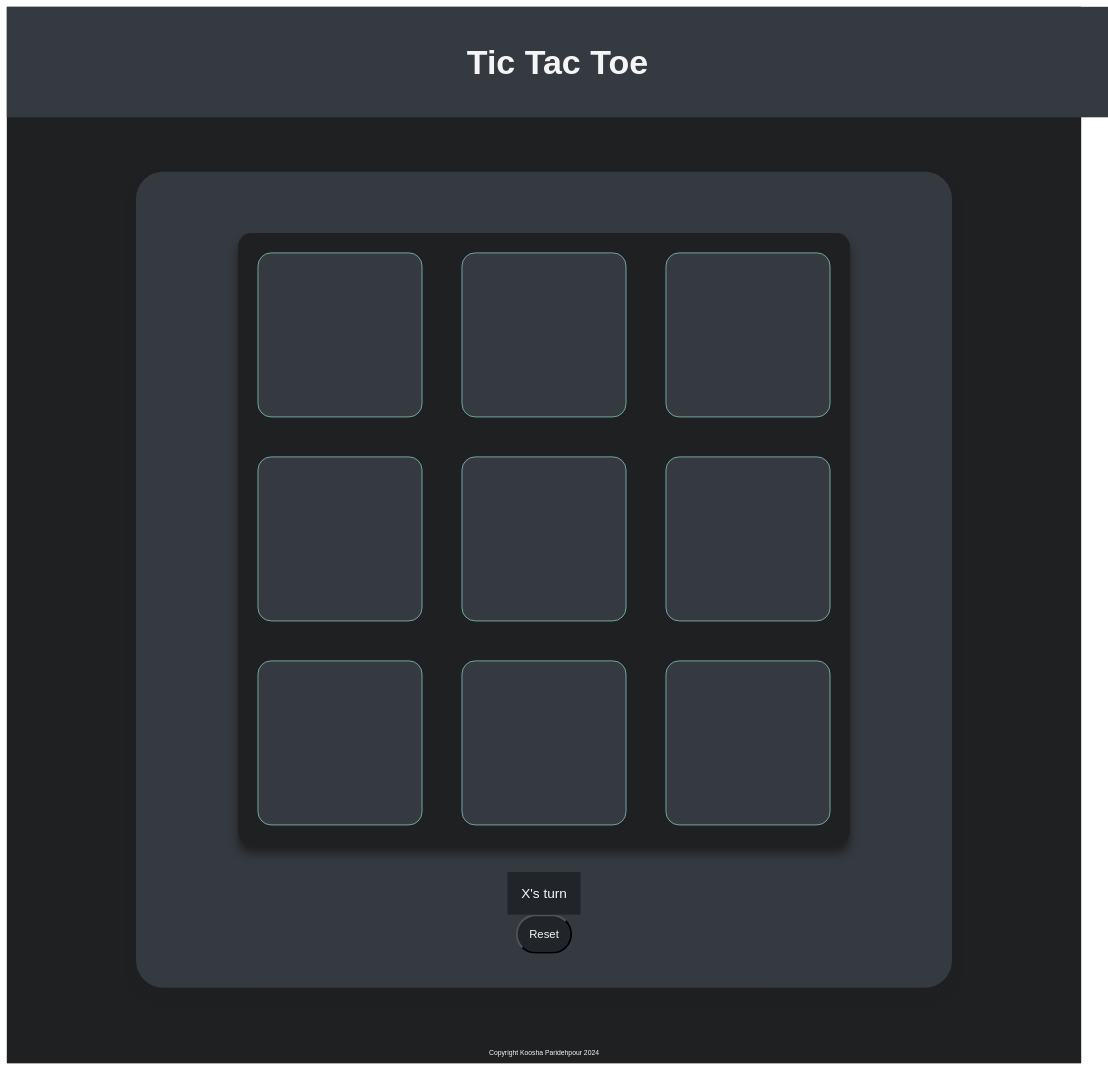
Repository: KooshaPari/odin-TTT
Page: index.html
The author's editor kept a copy of each file at every save. The page is drawn from the files as they stood at one save, then again after the next save.
The browser window is 1280 px wide. The page is 1304 px wide, so the pictures cover 1304 px, including what lies to the right of the window. The pictures show the whole page, at 85% of full size.

Above is the page before, as saved 2024-03-14 23:45:33.

### index.html
<!doctype html>
<html lang="en">
  <head>
    <meta charset="UTF-8" />

    <link rel="stylesheet" href="./style.css" />
    <meta name="viewport" content="width=device-width, initial-scale=1.0" />
    <title>Document</title>
  </head>
  <body>
    <div id="parent">
      <div id="header">
        <h1>Tic Tac Toe</h1>
      </div>
      <div id="body">
        <div id="game">
          <div id="board">
            <div class="square" id="0"></div>
            <div class="square" id="1"></div>
            <div class="square" id="2"></div>
            <div class="square" id="3"></div>
            <div class="square" id="4"></div>
            <div class="square" id="5"></div>
            <div class="square" id="6"></div>
            <div class="square" id="7"></div>
            <div class="square" id="8"></div>
          </div>
          <div id="status">X's turn</div>
          <button id="reset">Reset</button>
        </div>
      </div>
      <div id="footer">
        <p>Copyright Koosha Paridehpour 2024</p>
      </div>
    </div>
  </body>
  <script src="./lib.js"></script>
</html>

### style.css
* {
  font-family: sans-serif;
}
#parent {
  background-color: #1f2022;
  width: 100%;
  height: 100%;
}
#header {
  background-color: #353a40;
  padding: 1.25%;
  width: 100%;
  height: 100%;
}
#header h1 {
  color: #f6f5f5;

  font-size: 2.5em;
}
#footer p {
  color: #f6f5f5;
  font-size: 0.5em;
}

#header,
#footer,
#body {
  display: flex;
  align-items: center;
  justify-content: center;
}
#title {
  color: #f6f5f5;
}
#body {
  flex-direction: column;
}
#game {
  transition: 2.5s ease-in-out;
  display: flex;
  flex-direction: column;
  justify-content: center;
  align-items: center;
  background-color: #353a40;
  border-radius: 2em;
  margin: 5vw;
  box-shadow: 0px 10px 10px #1f2022;
  width: 75vw;
  height: 75vw;
  -webkit-border-radius: 2em;
  -moz-border-radius: 2em;
  -ms-border-radius: 2em;
  -o-border-radius: 2em;
  -webkit-transition: 2.5s ease-in-out;
  -moz-transition: 2.5s ease-in-out;
  -ms-transition: 2.5s ease-in-out;
  -o-transition: 2.5s ease-in-out;
}
#board {
  display: grid;
  grid-template-columns: 1fr 1fr 1fr;
  width: 75%;
  transition: 1s ease-in-out;
  height: 75%;
  background-color: #1f2022;
  border-radius: 1em;
  margin: 2em;

  align-items: center;
  justify-content: center;
  box-shadow: 0px 10px 10px #1f2022;
  -webkit-border-radius: 1em;
  -moz-border-radius: 1em;
  -ms-border-radius: 1em;
  -o-border-radius: 1em;
  -webkit-transition: 1s ease-in-out;
  -moz-transition: 1s ease-in-out;
  -ms-transition: 1s ease-in-out;
  -o-transition: 1s ease-in-out;
}
#board:hover {
  transform: scale(1.025) translate(0, -1em);
  transition: 0.5s ease-in-out;
  -webkit-transform: scale(1.025) translate(0, -1em);
  -moz-transform: scale(1.025) translate(0, -1em);
  -ms-transform: scale(1.025) translate(0, -1em);
  -o-transform: scale(1.025) translate(0, -1em);
  -webkit-transition: 0.5s ease-in-out;
  -moz-transition: 0.5s ease-in-out;
  -ms-transition: 0.5s ease-in-out;
  -o-transition: 0.5s ease-in-out;
}
#game:hover {
  transform: scale(1.05) translate(0, -0.5em);
  transition: 10s ease-in-out;
  -webkit-transform: scale(1.05) translate(0, -0.5em);
  -moz-transform: scale(1.05) translate(0, -0.5em);
  -ms-transform: scale(1.05) translate(0, -0.5em);
  -o-transform: scale(1.05) translate(0, -0.5em);
  -webkit-transition: 10s ease-in-out;
  -moz-transition: 10s ease-in-out;
  -ms-transition: 10s ease-in-out;
  -o-transition: 10s ease-in-out;
}
.square {
  transition 0.4s ease-in-out;
  justify-self: center;
  border: 0.1px solid #7ebab5;
  width: 80%;
  flex: 0;
  border-radius: 1em;
  height: 80%;
  background-color: #353a40;
  text-align: center;
  justify-content: center;
  display: flex;
  cursor: pointer;
  align-items: center;
  white-space: nowrap;
}
.square p {
  font-size: 4em;
  color: #7ebab5;
  font-weight: bold;
  overflow: hidden;
  align-self: center;
  justify-self: center;
  text-align: center;
  padding: 0;
  margin: 0;
  display: inline;
}
.square:hover {
  transform: scale(1.05) translate(0, -0.5em);
  background-color: #454a50;
  transition 0.4s ease-in-out;
  -webkit-transform: scale(1.05) translate(0, -0.5em);
  -moz-transform: scale(1.05) translate(0, -0.5em);
  -ms-transform: scale(1.05) translate(0, -0.5em);
  -o-transform: scale(1.05) translate(0, -0.5em);
}
.square:active, {
  transform: scale(1.1) translate(0, 0.5em);
  background-color: #151a30;
  transition:0.2s ease-in-out;
  -webkit-transition:0.2s ease-in-out;
  -moz-transition:0.2s ease-in-out;
  -ms-transition:0.2s ease-in-out;
  -o-transition:0.2s ease-in-out;
  -webkit-transform: scale(1.1) translate(0, 0.5em);
  -moz-transform: scale(1.1) translate(0, 0.5em);
  -ms-transform: scale(1.1) translate(0, 0.5em);
  -o-transform: scale(1.1) translate(0, 0.5em);
}
#status{ padding:1em; background-color:#212529; color:#f6f5f5; }
#reset{ padding:1em; background-color:#212529; color:#f6f5f5; border-radius:2em;  }

### lib.js
let board = [0, 0, 0, 0, 0, 0, 0, 0, 0]
function playTTT(square) {
  square.textContent = 'X'
  board[square.id] = 'X'
  let com = 0
  while (board[com] != 0) {
    com = Math.floor(Math.random() * 9)
  }
  console.log(com)
  board[com] = 'O'
  let comSq = document.getElementById(com)
  console.log(comSq)
  comSq.textContent = 'O'
  let res = checkWin() != false
  if (res != false) {
    console.log(res)
  }
}
const squares = document.querySelectorAll('.square')
squares.forEach((square) =>
  square.addEventListener('click', () => {
    playTTT(square)
  })
)
function checkWin() {
  if (board[0] != '0' && board[0] === board[1] && board[1] === board[2]) {
    console.log(board[0] + ' wins')
    return board[0]
  }
  if (board[3] != '0' && board[3] === board[4] && board[4] === board[5]) {
    console.log(board[3] + ' wins')
    return board[3]
  }
  if (board[6] != '0' && board[6] === board[7] && board[7] === board[8]) {
    console.log(board[6] + ' wins')
    return board[6]
  }
  if (board[0] != '0' && board[0] === board[3] && board[3] === board[6]) {
    console.log(board[0] + ' wins')
    return board[0]
  }
  if (board[1] != '0' && board[1] === board[4] && board[4] === board[7]) {
    console.log(board[1] + ' wins')
    return board[1]
  }
  if (board[2] != '0' && board[2] === board[5] && board[5] === board[8]) {
    console.log(board[2] + ' wins')
    return board[2]
  }
  if (board[0] != '0' && board[0] === board[4] && board[4] === board[8]) {
    console.log(board[0] + ' wins')
    return board[0]
  }
  if (board[2] != '0' && board[2] === board[4] && board[4] === board[6]) {
    console.log(board[2] + ' wins')
    return board[2]
  }
  return false
}

After the next save:
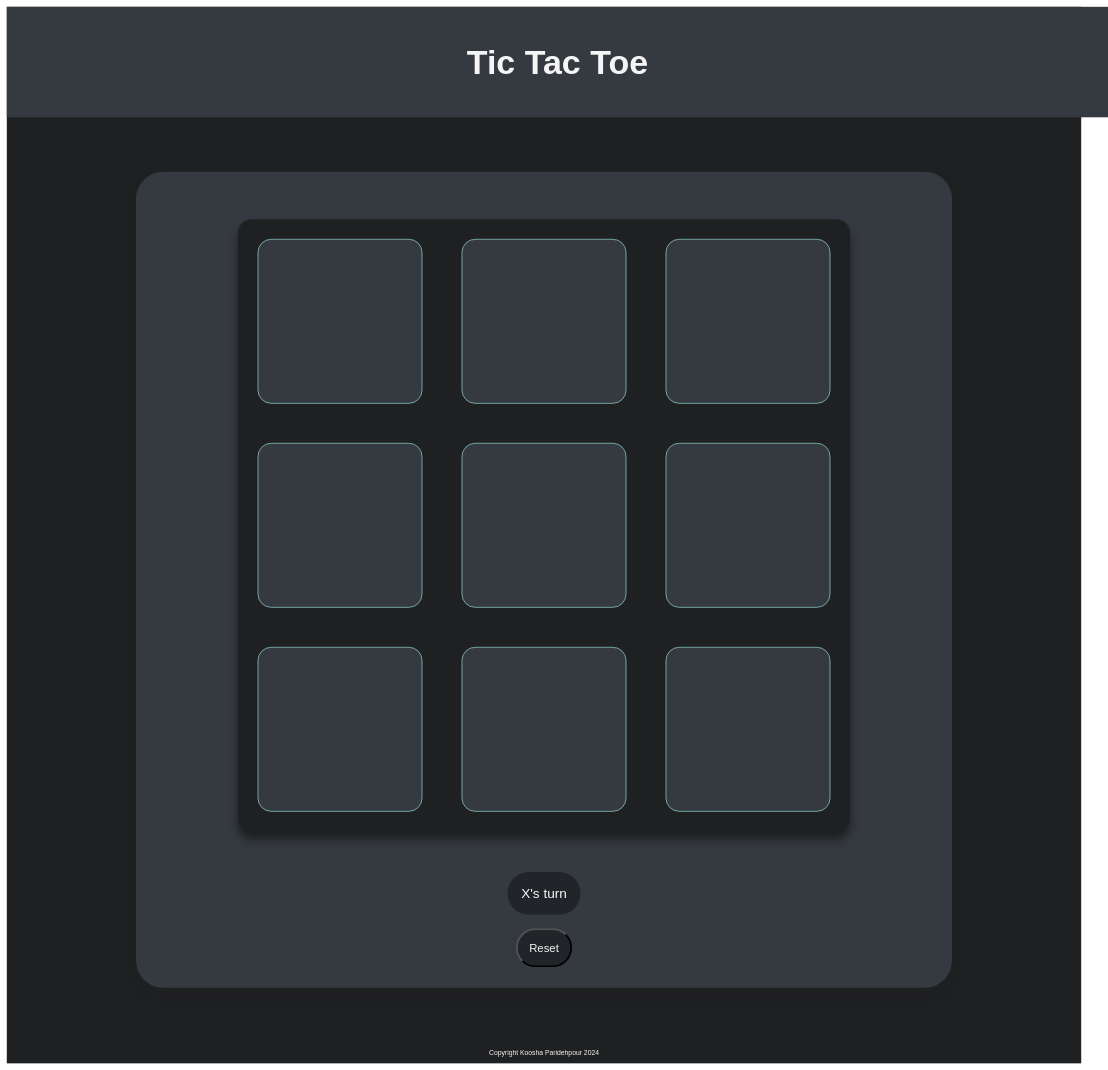
Saved 10 s later.
--- a/style.css
+++ b/style.css
@@ -152,5 +152,5 @@
   -ms-transform: scale(1.1) translate(0, 0.5em);
   -o-transform: scale(1.1) translate(0, 0.5em);
 }
-#status{ padding:1em; background-color:#212529; color:#f6f5f5; }
+#status{ padding:1em; background-color:#212529; color:#f6f5f5; border-radius:2em; margin:1em; }
 #reset{ padding:1em; background-color:#212529; color:#f6f5f5; border-radius:2em;  }
